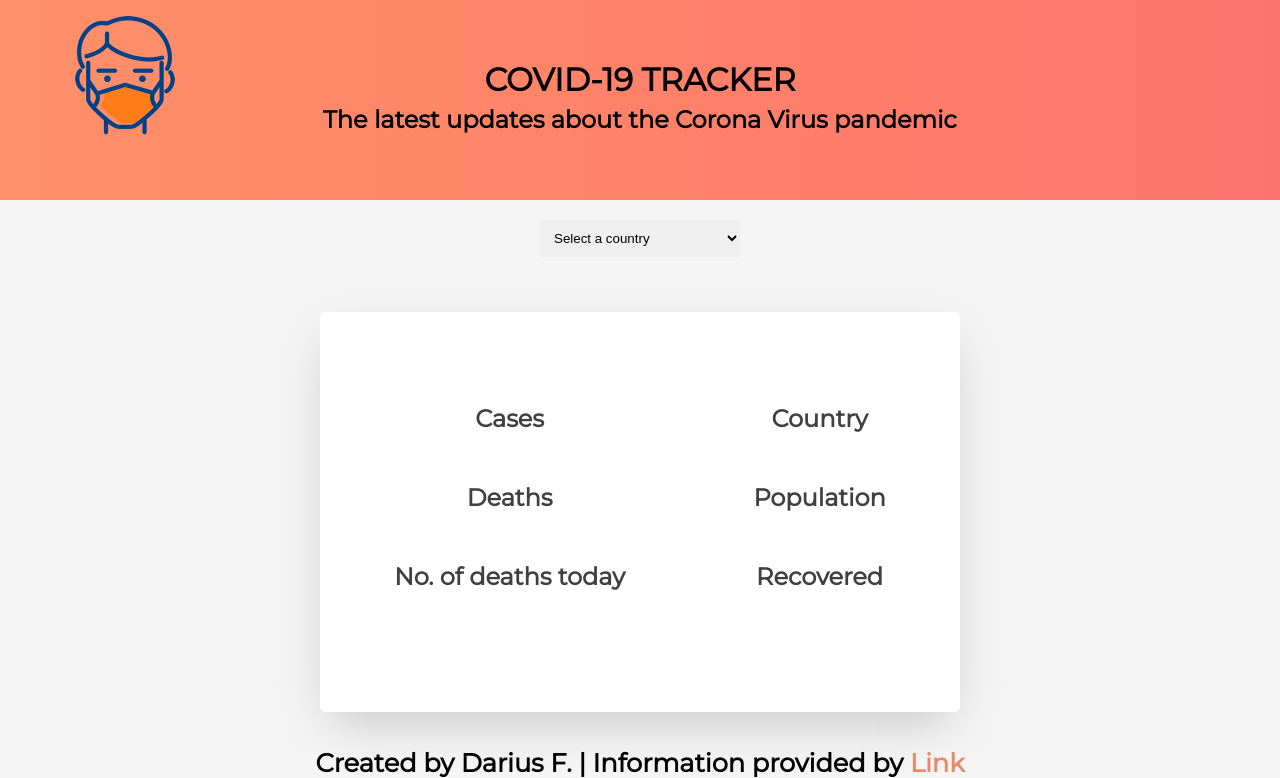
Repository: dariusfarcasanu/Covid-Tracker
Page: index.html
The author's editor kept a copy of each file at every save. The page is drawn from the files as they stood at one save, then again after the next save.
The browser window is 1280 px wide. The pictures show the whole page.
The page's requests for data from a server got no answer.

Above is the page before, as saved 2021-05-12 16:19:00.

After the next save:
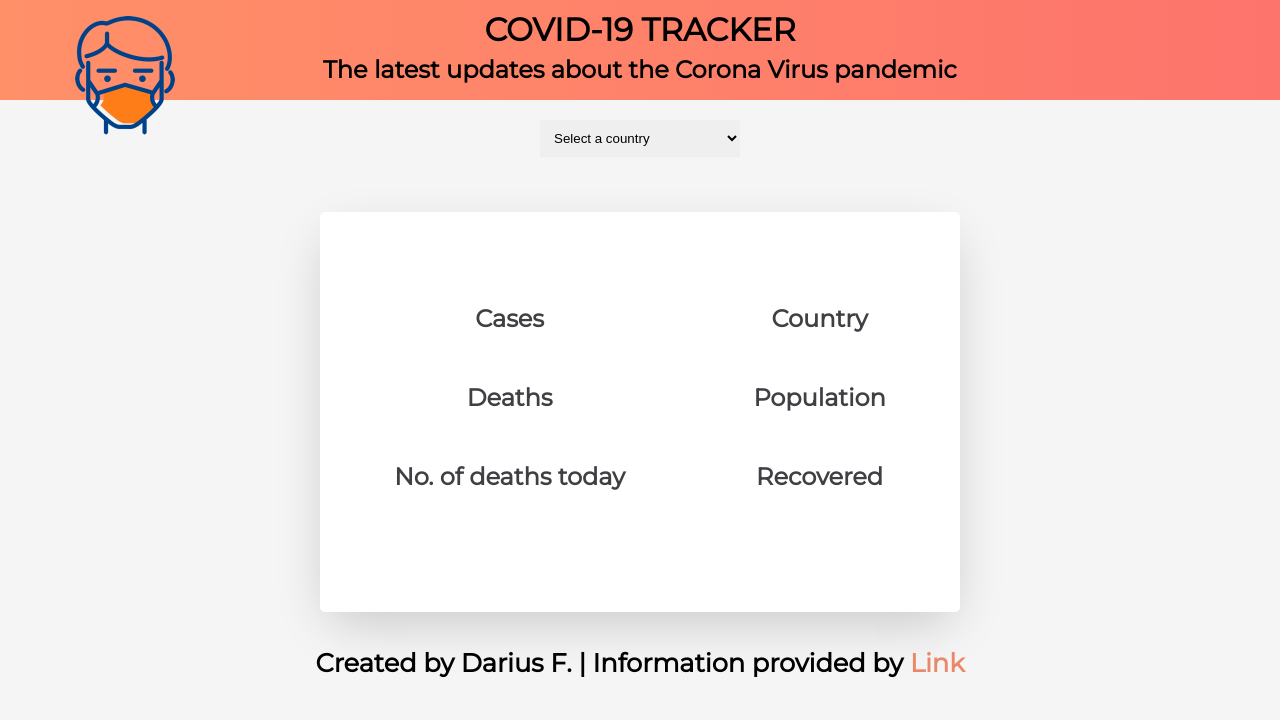
Saved 4 s later.
--- a/styles.css
+++ b/styles.css
@@ -25,7 +25,7 @@ header {
   background: linear-gradient(to right, #ff9068, #fd746c);
   text-align: center;
   line-height: 2.5rem;
-  height: 200px;
+  height: 100px;
   padding: 20px;
   display: flex;
   justify-content: center;
